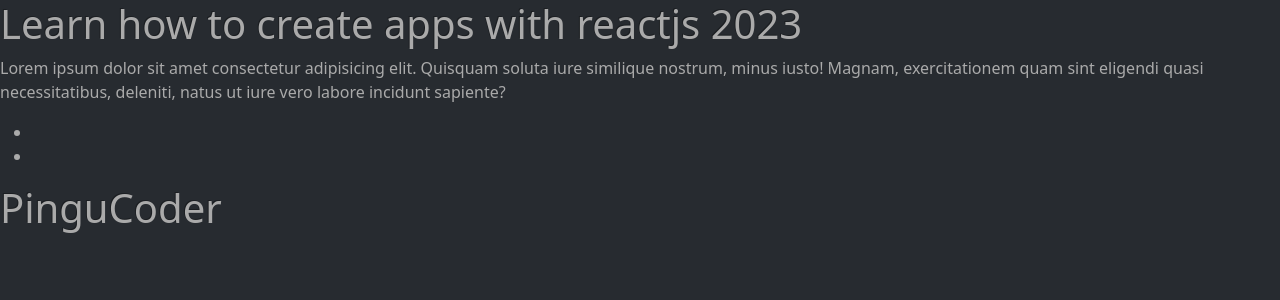
Repository: chanwarichawki/React-BC
Page: /
The author's editor kept a copy of each file at every save. The page is drawn from the files as they stood at one save, then again after a run of saves.
The browser window is 1280 px wide. The pictures show the whole page.
Some web libraries are served in a nearby version. The project was rebuilt for these pictures with package versions that can differ from the ones it lists, and the page was loaded fresh each time. Also part of the build but not shown: vite.config.js.

Above is the page before, as saved 2024-01-15 13:56:19.

### src/App.jsx
// import Article from "./components/Article";
// import Header from "./components/Header";
// import NavBar from "./components/NavBar";
import Products from "./components/Products";

function App() {
  return (
    <>
    {/* <NavBar />
    <Header />
    <Article /> */}
    <Products />
    <h1>PinguCoder</h1>
    </>
  )
}

export default App

### src/index.css
@import "/node_modules/bootswatch/dist/slate/bootstrap.min.css"

### src/components/Products.jsx

function Products() {

  let title = "Learn how to create apps with reactjs 2023"
  let products = [
    {
      id: 1,
      label: "iphone 13",
      price: 2900
    },
    {
      id: 2,
      label: "samsung",
      price: 1200
    }
  ]
  return (
    <div>
      <h1>{title}</h1>
      <p>Lorem ipsum dolor sit amet consectetur adipisicing elit. Quisquam soluta iure similique nostrum, minus iusto! Magnam, exercitationem quam sint eligendi quasi necessitatibus, deleniti, natus ut iure vero labore incidunt sapiente?</p>
      <ul>
        {products.map((product) => (
          <li>{}</li>
        ))}

      </ul>
    </div>
  )
}

export default Products

Loaded but not shown: index.html (common file); src/main.jsx (common file)

After the next 4 saves:
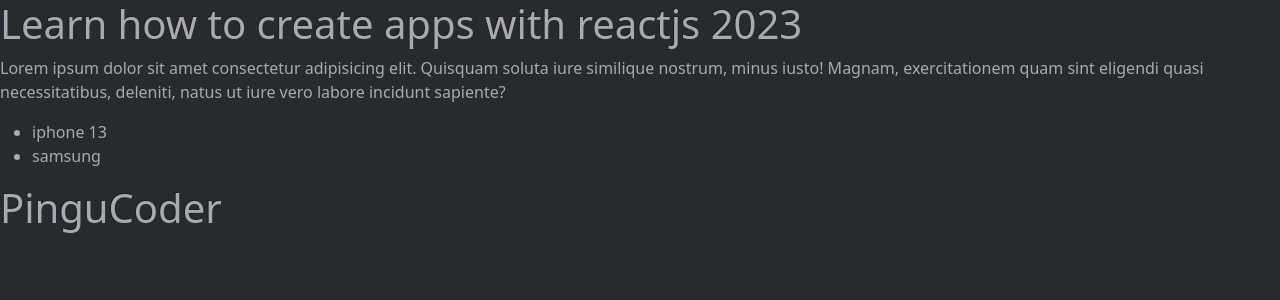
The 4 saves are shown as one change because they came seconds apart.
The last was saved 26 s later.
--- a/src/components/Products.jsx
+++ b/src/components/Products.jsx
@@ -20,7 +20,7 @@ function Products() {
       <p>Lorem ipsum dolor sit amet consectetur adipisicing elit. Quisquam soluta iure similique nostrum, minus iusto! Magnam, exercitationem quam sint eligendi quasi necessitatibus, deleniti, natus ut iure vero labore incidunt sapiente?</p>
       <ul>
         {products.map((product) => (
-          <li>{}</li>
+          <li>{product.label}</li>
         ))}
 
       </ul>
